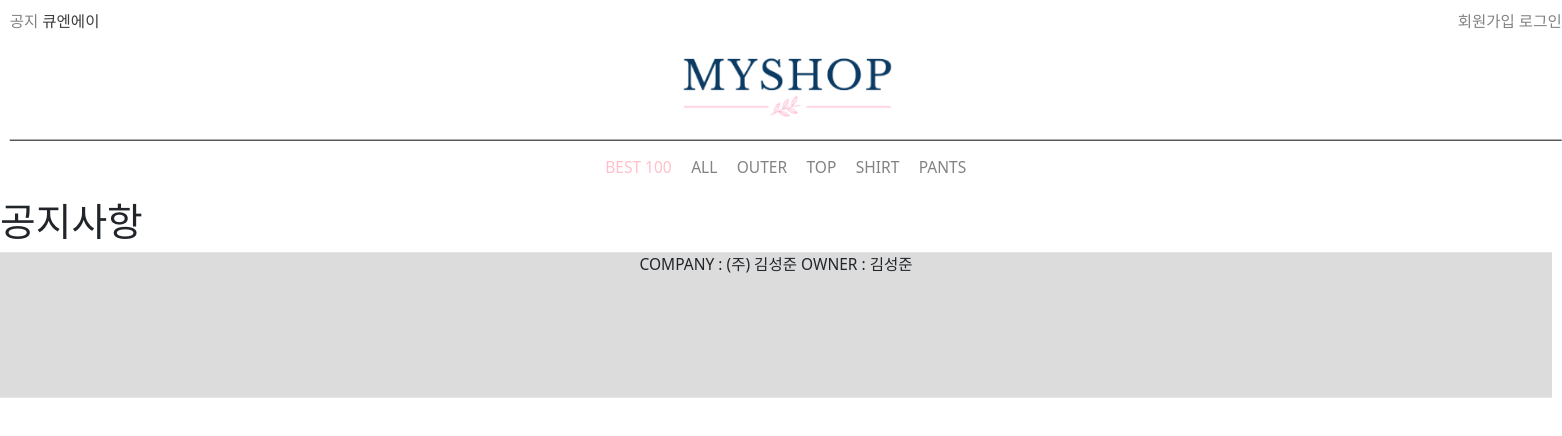
Repository: kkj53051000/MyShop
Page: http://localhost/myshop/WEB-INF/views/notice-list.jsp
The author's editor kept a copy of each file at every save. The page is drawn from the files as they stood at one save, then again after the next save.
The browser window is 1280 px wide. The page is 1610 px wide, so the pictures cover 1610 px, including what lies to the right of the window. The pictures show the whole page, at 97% of full size.
The page is served by Tomcat 9. Nobody is signed in. Other server files are loaded and not shown. The template is opened directly, without the code that normally fills it, so the values that code supplies are empty.

Above is the page before, as saved 2021-02-23 08:07:47.

### myshop/src/main/webapp/WEB-INF/views/notice-list.jsp
<%@ page language="java" contentType="text/html; charset=UTF-8" pageEncoding="UTF-8"%>
<%@ taglib prefix="c" uri="http://java.sun.com/jsp/jstl/core" %>
<!DOCTYPE html>
<html>
<head>
<meta charset="UTF-8">
	<title>Notice</title>
	</head>
	<style>

	</style>
<body>
	<%@ include file="common/header.jsp" %>
	<div class="wrap">
		<h1>공지사항</h1>
		<div class="main">
			<c:forEach var="notice" items="${notices}">
				글 번호 : ${notice.id} 제목 : ${notice.title} 내용 : ${notice.content} <br/>
			</c:forEach>
		</div>
	</div>
	<%@ include file="common/footer.jsp" %>
</body>
</html>

### myshop/src/main/webapp/WEB-INF/views/common/header.jsp
<%@ page language="java" contentType="text/html; charset=UTF-8" pageEncoding="UTF-8"%>
<%@ taglib prefix="c" uri="http://java.sun.com/jsp/jstl/core" %>
<!DOCTYPE html>
<html>
<head>
	<meta charset="UTF-8">
	<title>Header</title>
	<style>
		.header{
			margin: 10px;

			min-width: 1600px;
		}
		.header_top{
			display: flex;
			flex-direction: row;
			justify-content: space-between;

			color: #3c3c3c;
		}
		.header_center{
			display: flex;
			justify-content: center;
			margin-bottom: 5px;
			border-bottom: 1px solid black;
		}
		.header_center_img{
			height: 100px;
		}
		.header_left{

		}
		.header_right{

		}
		.header_footer{

			width: 100%;
			display: flex;
			justify-content: center;

			<!-- position: fixed; -->


			color: #828282;
		}
		.header_footer > span{
			margin: 10px;
		}
		img{
			margin-bottom: 10px;
		}

		a:link {text-decoration:none; color: #828282;}
		a:visited {text-decoration:none; color: #828282;}
		a:hover {text-decoration:none; color: #828282;}
	</style>
	<link href="https://cdn.jsdelivr.net/npm/bootstrap@5.0.0-beta2/dist/css/bootstrap.min.css" rel="stylesheet" integrity="sha384-BmbxuPwQa2lc/FVzBcNJ7UAyJxM6wuqIj61tLrc4wSX0szH/Ev+nYRRuWlolflfl" crossorigin="anonymous">
</head>
<body>
	<div class="header">
		<div class="header_top">
			<div class="header_left">
				<span><a href="/notice/list">공지</a></span>
				<span>큐엔에이</span>
			</div>
			<div class="header_right">
				<c:if test="${user.role == 'USER'}">
					<!-- user, admin Check -->
				</c:if>

				<c:if test="${user == null}">
					<span><a href="/join">회원가입</a></span>
					<span><a href="/login">로그인</a></span>
				</c:if>
				<c:if test="${user != null}">
					<strong>관리자</strong>
					<span><a href="/admin/product-list">제품상세등록</a></span>
					<span><a href="/product-upload">제품등록</a></span>
					<span><a href="/order/list">주문내역</a></span>
					<span><a href="##">카트</a></span>
					<span><a href="##">마이페이지</a></span>
					<span><a href="/user/logout">로그아웃</a></span>
				</c:if>
			</div>
		</div>
		<div class="header_center">
			<a href="/"><img class="header_center_img" src="/public/upload/logo.jpg"/></a>
		</div>
		<div class="header_footer">
			<span><a href="####" style="color: #ffc0cb;">BEST 100</a></span>
			<span><a href="/product/list?category=ALL">ALL</a></span>
			<span><a href="/product/list?category=OUTER">OUTER</a></span>
			<span><a href="/product/list?category=TOP">TOP</a></span>
			<span><a href="/product/list?category=SHIRT">SHIRT</a></span>
			<span><a href="/product/list?category=PANTS">PANTS</a></span>
		</div>
	</div>
</body>
</html>

### myshop/src/main/webapp/WEB-INF/views/common/footer.jsp
<%@ page language="java" contentType="text/html; charset=UTF-8"
    pageEncoding="UTF-8"%>
<!DOCTYPE html>
<html>
<head>
	<meta charset="UTF-8">
	<title>Insert title here</title>
	<style>
		.footer{
			display: flex;
			justify-content: center;
			background-color: #dcdcdc;
			height: 150px;

			min-width: 1600px;
		}
	</style>
</head>
<body>
	<div class="footer">
		<span>COMPANY : (주) 김성준 OWNER : 김성준</span>
	</div>
</body>
</html>

After the next save:
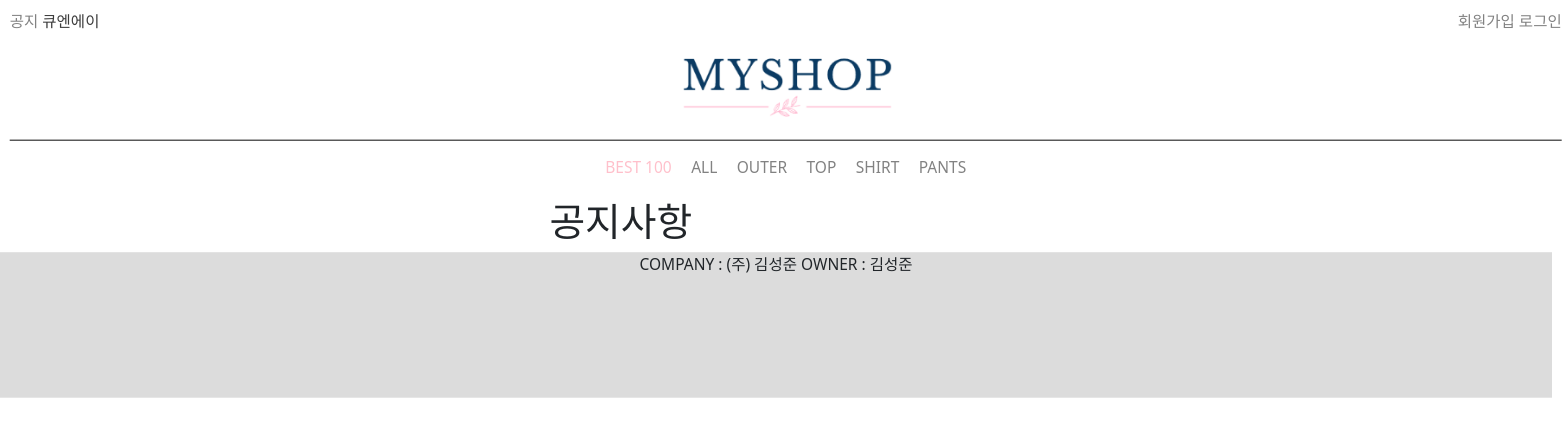
Saved 23 s later.
--- a/myshop/src/main/webapp/WEB-INF/views/notice-list.jsp
+++ b/myshop/src/main/webapp/WEB-INF/views/notice-list.jsp
@@ -7,7 +7,12 @@
 	<title>Notice</title>
 	</head>
 	<style>
+		.wrap{
+			display: flex;
+			flex-direction: row;
+			justify-content: center;
 
+		}
 	</style>
 <body>
 	<%@ include file="common/header.jsp" %>

After the save that followed:
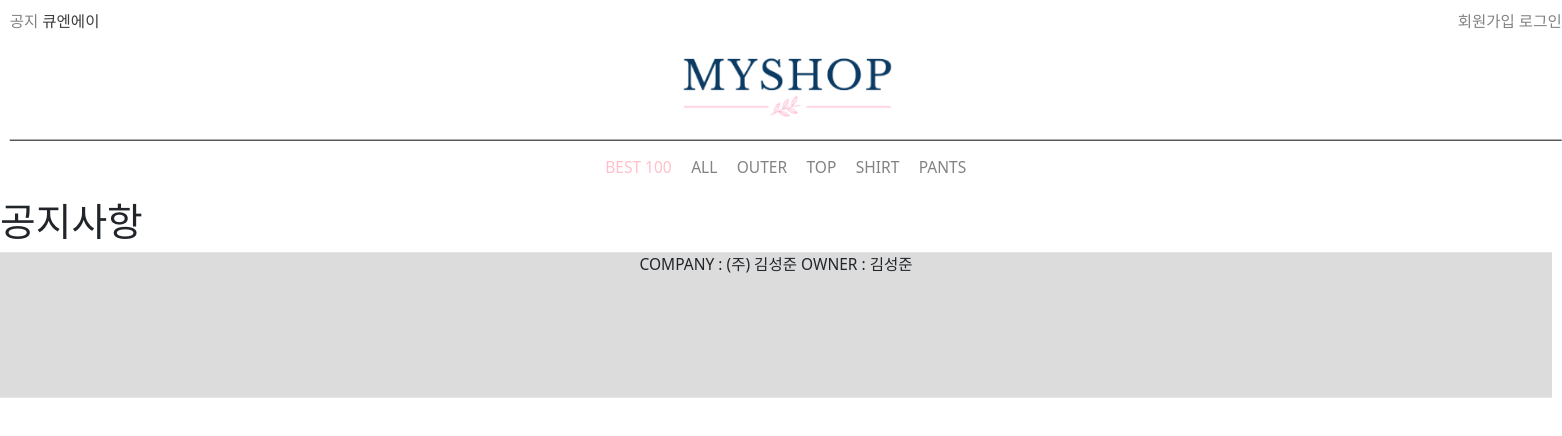
Saved 11 s later.
--- a/myshop/src/main/webapp/WEB-INF/views/notice-list.jsp
+++ b/myshop/src/main/webapp/WEB-INF/views/notice-list.jsp
@@ -9,7 +9,7 @@
 	<style>
 		.wrap{
 			display: flex;
-			flex-direction: row;
+			flex-direction: column;
 			justify-content: center;
 
 		}
